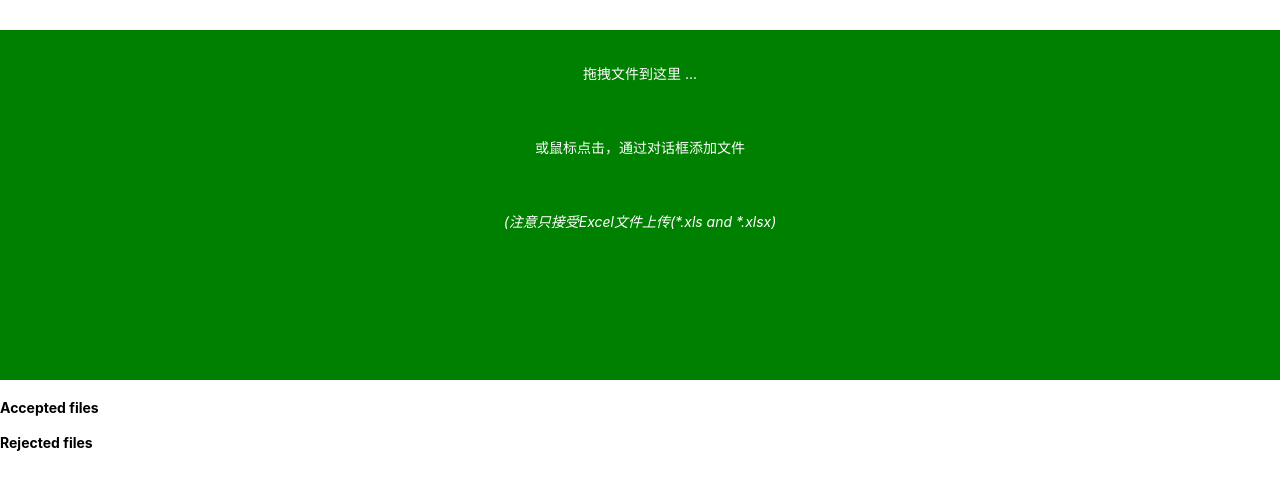
Repository: enigmawxy/abi2020
Page: /
These files come from the project's save history. The page is drawn as it stood at one moment and after the next save; the edit follows.
The browser window is 1280 px wide. The pictures show the whole page.
The page's requests for data from a server got no answer. The project was rebuilt for these pictures with package versions that can differ from the ones it lists, and the page was loaded fresh each time. No one was signed in, and anything a server would have sent is missing. Also part of the build but not shown: src/components/login/login.scss, src/components/login/login.jsx, src/common/header.scss, src/common/header.jsx, src/common/footer.scss, src/common/footer.jsx, src/components/register/content.scss, src/components/register/content.jsx and 3 more.

Above is the page before, as saved 2020-08-19 10:54:30.

After the next save:
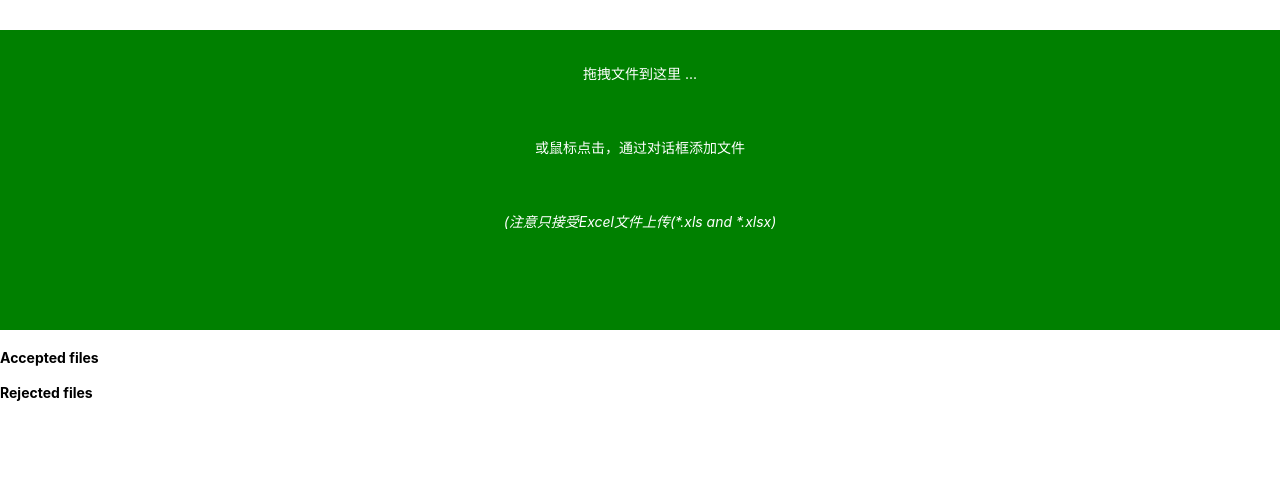
Saved 16 s later.
--- a/src/common/Accept.scss
+++ b/src/common/Accept.scss
@@ -4,7 +4,7 @@
     display: flex;
     flex-direction: column;
     .dropzone {
-        height: 350px;
+        height: 300px;
         margin-top: 30px;
         background: green;
         text-align: center;
